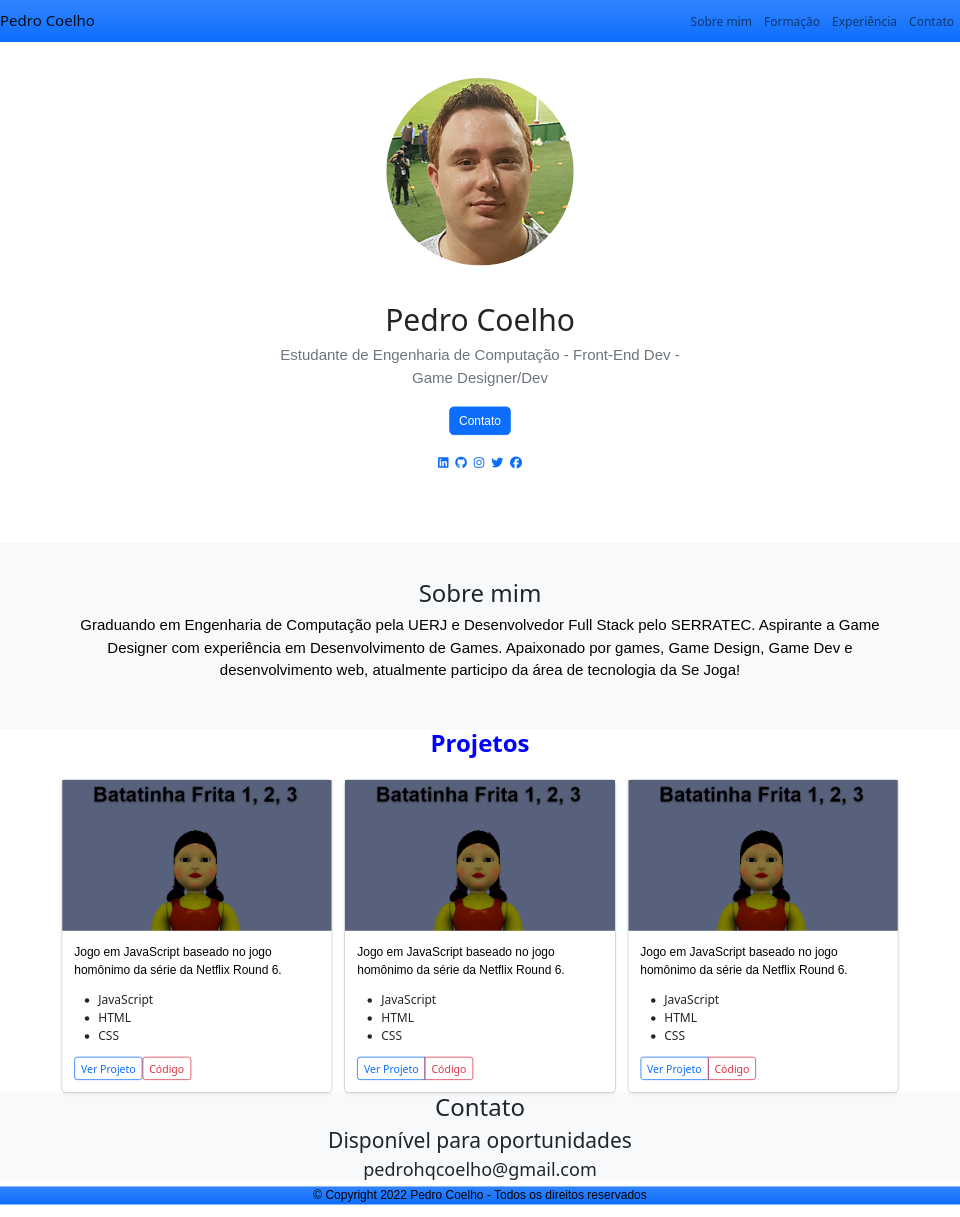
Repository: PedroHQCoelho/portfolio
Page: index.html
The author's editor kept a copy of each file at every save. The page is drawn from the files as they stood at one save, then again after the next save.
The browser window is 1280 px wide. The pictures show the whole page, at 75% of full size.
Some web libraries are served in a nearby version.

Above is the page before, as saved 2022-05-26 19:13:26.

### index.html
<!DOCTYPE html>
<html lang="pt-BR">
<head>
    <meta charset="UTF-8">
    <meta http-equiv="X-UA-Compatible" content="IE=edge">
    <meta name="viewport" content="width=device-width, initial-scale=1.0">
    <title>Pedro Coelho - Portfólio</title>
    <link href="https://cdn.jsdelivr.net/npm/bootstrap@5.2.0-beta1/dist/css/bootstrap.min.css" rel="stylesheet" integrity="sha384-0evHe/X+R7YkIZDRvuzKMRqM+OrBnVFBL6DOitfPri4tjfHxaWutUpFmBp4vmVor" crossorigin="anonymous">
    <script src="https://cdn.jsdelivr.net/npm/bootstrap@5.2.0-beta1/dist/js/bootstrap.bundle.min.js" integrity="sha384-pprn3073KE6tl6bjs2QrFaJGz5/SUsLqktiwsUTF55Jfv3qYSDhgCecCxMW52nD2" crossorigin="anonymous"></script>
    <script src="https://cdn.jsdelivr.net/npm/@popperjs/core@2.11.5/dist/umd/popper.min.js" integrity="sha384-Xe+8cL9oJa6tN/veChSP7q+mnSPaj5Bcu9mPX5F5xIGE0DVittaqT5lorf0EI7Vk" crossorigin="anonymous"></script>
    <script src="https://cdn.jsdelivr.net/npm/bootstrap@5.2.0-beta1/dist/js/bootstrap.min.js" integrity="sha384-kjU+l4N0Yf4ZOJErLsIcvOU2qSb74wXpOhqTvwVx3OElZRweTnQ6d31fXEoRD1Jy" crossorigin="anonymous"></script>
    <script src="https://kit.fontawesome.com/65e0a77774.js" crossorigin="anonymous"></script>
    <link rel="stylesheet" href="style.css">
</head>
<body>
    <nav class="navbar navbar-expand-lg navbar-light bg-primary bg-gradient text-white">
        <a class="navbar-brand" href="#">Pedro Coelho</a>
        <button class="navbar-toggler" type="button" data-toggle="collapse" data-target="#navbarSupportedContent" aria-controls="navbarSupportedContent" aria-expanded="false" aria-label="Toggle navigation">
          <span class="navbar-toggler-icon"></span>
        </button>

        <div class="collapse navbar-collapse" id="navbarSupportedContent">
          <ul class="navbar-nav me-auto">

          </ul>
          <ul class="navbar-nav">
            <li class="nav-item">
                <a class="nav-link" href="#">Sobre mim</a>
            </li>
            <li class="nav-item">
                <a class="nav-link" href="#">Formação</a>
            </li>
            <li class="nav-item">
                <a class="nav-link" href="#">Experiência</a>
            </li>
            <li class="nav-item">
                <a class="nav-link" href="#">Contato</a>
            </li>
          </ul>
        </div>
    </nav>

    <section class="py-5 text-center container">
        <img class="foto-perfil" src="img/foto-rosto.png" alt="foto perfil">
        <div class="row py-lg-5">
            <div class="col-lg-6 col-md-8 mx-auto">
            <h1 class="fw-light">Pedro Coelho</h1>
            <p class="lead text-muted">Estudante de Engenharia de Computação - Front-End Dev - Game Designer/Dev</p>
            <p>
              <a href="#" class="btn btn-primary my-2">Contato</a>
            </p>
            <a href="https://www.linkedin.com/in/pedrohqcoelho/" target="_blank" title="Linkedin - Pedro Coelho"><i class="fab fa-linkedin"></i></a>
            <a href="https://github.com/PedroHQCoelho" target="_blank" title="Github - PedroHQCoelho"><i class="icones fab fa-github"></i></a>
            <a href="https://www.instagram.com/pedro.hq.coelho/" target="_blank" title="Instagram - @pedro.hq.coelho"><i class="icones fab fa-instagram"></i></a>
            <a href="https://twitter.com/pedrohqcoelho" target="_blank" title="Twitter - @pedrohqcoelho"><i class="icones fab fa-twitter"></i></a>
            <a href="https://www.facebook.com/pedrohqcoelho" target="_blank" title="Facebook - Pedro Coelho"><i class="icones fab fa-facebook"></i></a>
          </div>
        </div>
    </section>

    <div class="album py-5 bg-light">

        <!--Sobre mim-->

        <section class="jumbotron text-center">
          <div class="container">
            <h2 class="jumbotron-heading">Sobre mim</h2>
            <p class="lead">
              Graduando em Engenharia de Computação pela UERJ e Desenvolvedor Full Stack pelo SERRATEC.
              Aspirante a Game Designer com experiência em Desenvolvimento de Games.
              Apaixonado por games, Game Design, Game Dev e desenvolvimento web, atualmente participo da área de tecnologia da Se Joga!
            </p>
          </div>
        </section>
      </div>

        <!--Projetos-->

        <div class="container">
          <h2 class="jumbotron-heading text-center titulosAzuis">Projetos</h2>
          <div class="row row-cols-1 row-cols-sm-2 row-cols-md-3 g-3">
            <div class="col">
              <div class="card shadow-sm">
                <img src="img/batatinhafrita123.png" alt="">
                <div class="card-body">
                  <p class="card-text">Jogo em JavaScript baseado no jogo homônimo da série da Netflix Round 6.</p>
                  <ul>
                    <li>JavaScript</li>
                    <li>HTML</li>
                    <li>CSS</li>
                  </ul>
                  <div class="d-flex justify-content-between align-items-center">
                    <div class="btn-group">
                      <a href="https://batatinha-frita-1-2-3.netlify.app/" target="_blank" rel="noopener noreferrer">
                        <button type="button" class="btn btn-sm btn-outline-primary">Ver Projeto</button>
                      </a>
                      <a href="https://github.com/PedroHQCoelho/batatinha-frita-1-2-3" target="_blank" rel="noopener noreferrer">
                        <button type="button" class="btn btn-sm btn-outline-danger">Código</button>
                      </a>
                    </div>
                  </div>
                </div>
              </div>
            </div>
            <div class="col">
              <div class="card shadow-sm">
                <img src="img/batatinhafrita123.png" alt="">
                <div class="card-body">
                  <p class="card-text">Jogo em JavaScript baseado no jogo homônimo da série da Netflix Round 6.</p>
                  <ul>
                    <li>JavaScript</li>
                    <li>HTML</li>
                    <li>CSS</li>
                  </ul>
                  <div class="d-flex justify-content-between align-items-center">
                    <div class="btn-group">
                      <button type="button" class="btn btn-sm btn-outline-primary">Ver Projeto</button>
                      <button type="button" class="btn btn-sm btn-outline-danger">Código</button>
                    </div>
                  </div>
                </div>
              </div>
            </div>
            <div class="col">
              <div class="card shadow-sm">
                <img src="img/batatinhafrita123.png" alt="">
                <div class="card-body">
                  <p class="card-text">Jogo em JavaScript baseado no jogo homônimo da série da Netflix Round 6.</p>
                  <ul>
                    <li>JavaScript</li>
                    <li>HTML</li>
                    <li>CSS</li>
                  </ul>
                  <div class="d-flex justify-content-between align-items-center">
                    <div class="btn-group">
                      <button type="button" class="btn btn-sm btn-outline-primary">Ver Projeto</button>
                      <button type="button" class="btn btn-sm btn-outline-danger">Código</button>
                    </div>
                  </div>
                </div>
              </div>
            </div>

          </div>
        </div>

        <!--Contato-->
        <section>
          <div class="container-fluid bg-light">
            <h2 class="jumbotron-heading text-center">Contato</h2>
            <h3 class="text-center">Disponível para oportunidades</h3>
            <h4 class="text-center">pedrohqcoelho@gmail.com</h4>
          </div>
        </section>

        <!--Footer-->
        <footer class="text-center bg-primary bg-gradient">
          <p>© Copyright 2022 Pedro Coelho - Todos os direitos reservados</p>
        </footer>
</body>
</html>

### style.css
.foto-perfil {
    height: 100%;
    width: auto;
    max-width: 100%;
    border-radius: 50%;
}

p {
    font-family:Arial, Helvetica, sans-serif;
    color: black !important;
}

.icones {
    padding-left: 5px;
}

.titulosBrancos {
    text-decoration: underline;
    text-underline-position: below;
    padding-bottom: 20px;
    text-transform: uppercase;
    font-weight: 700;
    color: white;
}

.titulosAzuis {
    padding-bottom: 20px;
    font-weight: 700;
    color: blue;
}

After the next save:
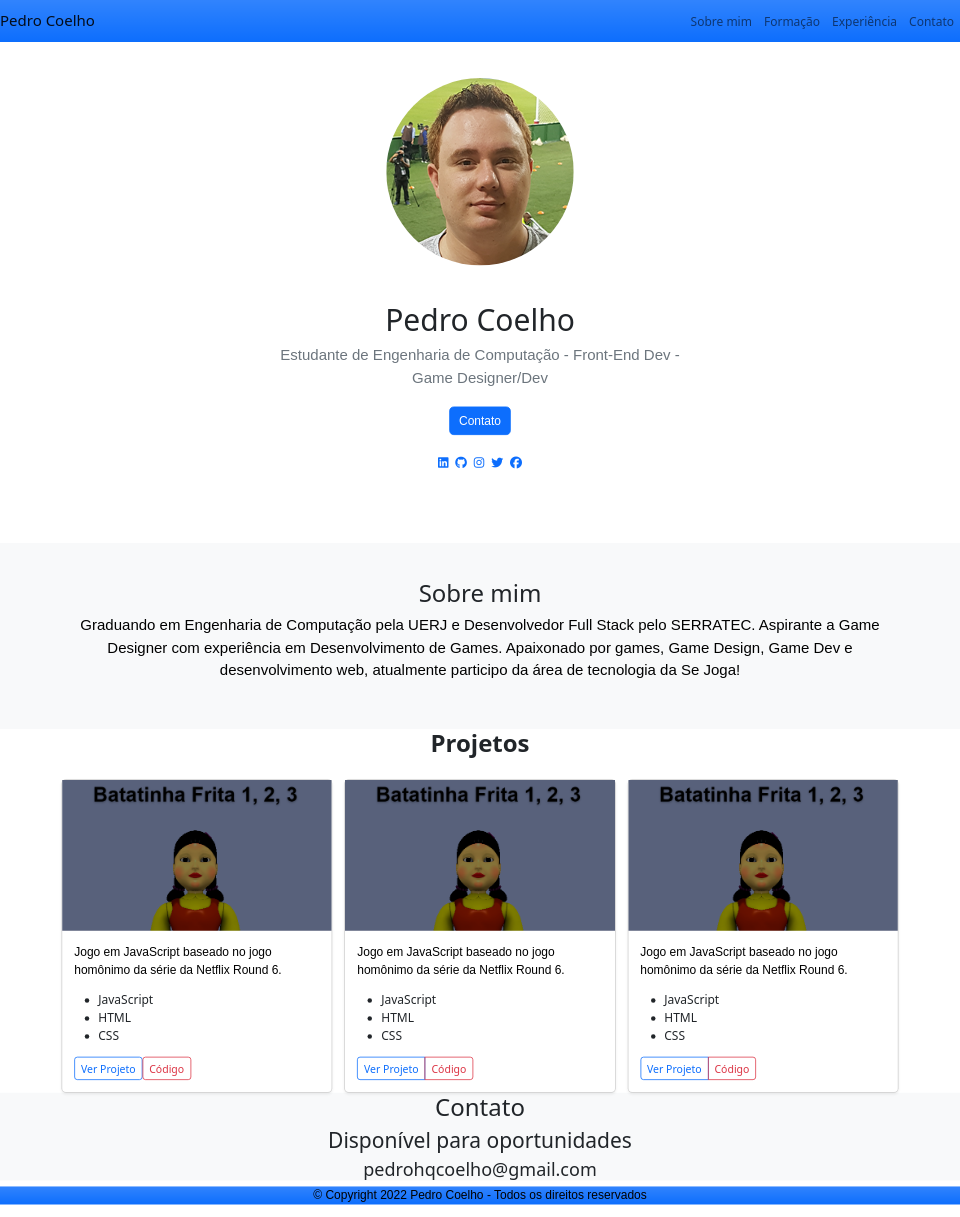
Saved 101 s later.
--- a/style.css
+++ b/style.css
@@ -26,5 +26,5 @@
 .titulosAzuis {
     padding-bottom: 20px;
     font-weight: 700;
-    color: blue;
+    color: rgba(var(--bs-primary-rgb),var(--bs-bg-opacity));
 }

After the save that followed:
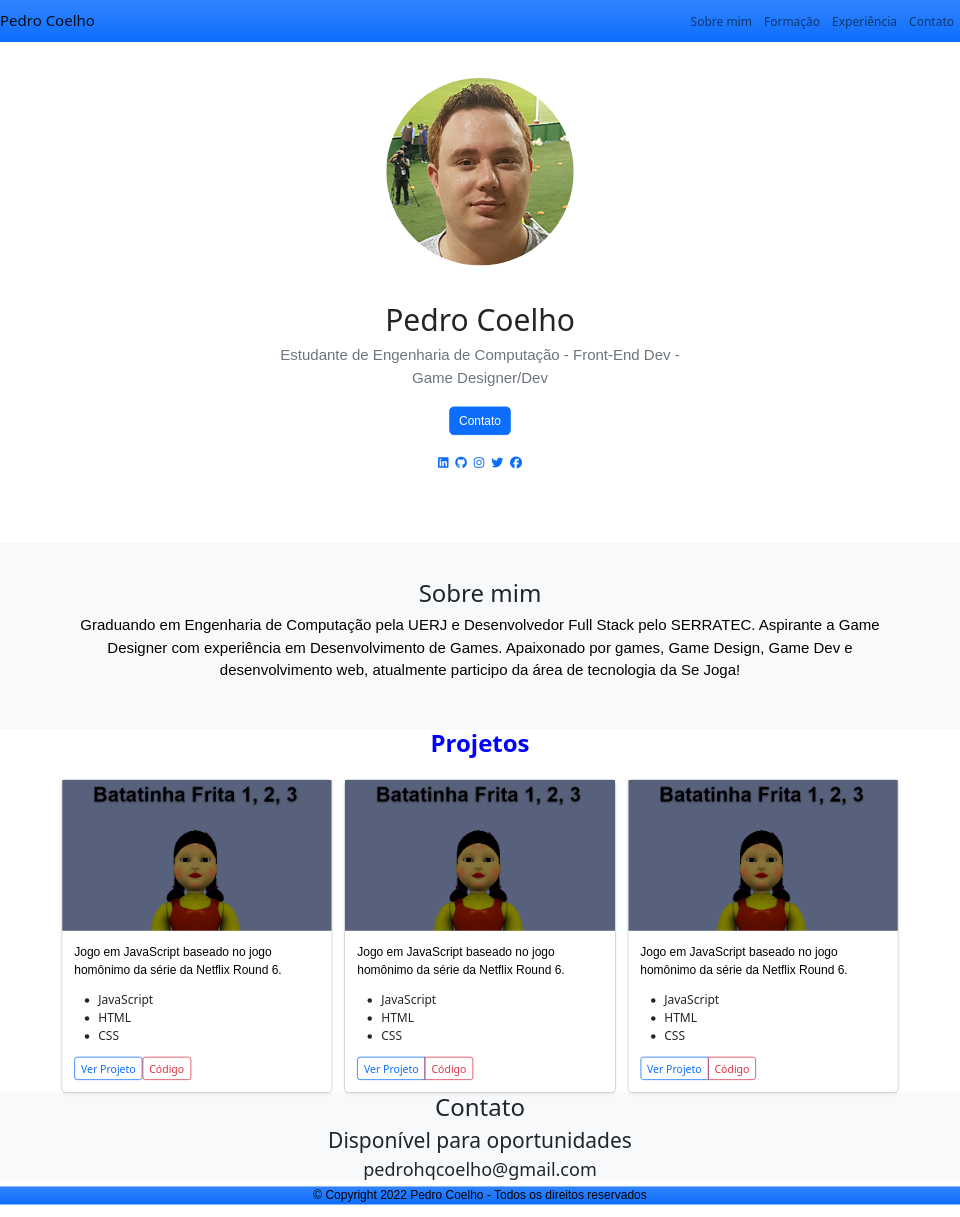
Saved 18 s later.
--- a/style.css
+++ b/style.css
@@ -26,5 +26,5 @@
 .titulosAzuis {
     padding-bottom: 20px;
     font-weight: 700;
-    color: rgba(var(--bs-primary-rgb),var(--bs-bg-opacity));
+    color: blue;
 }
